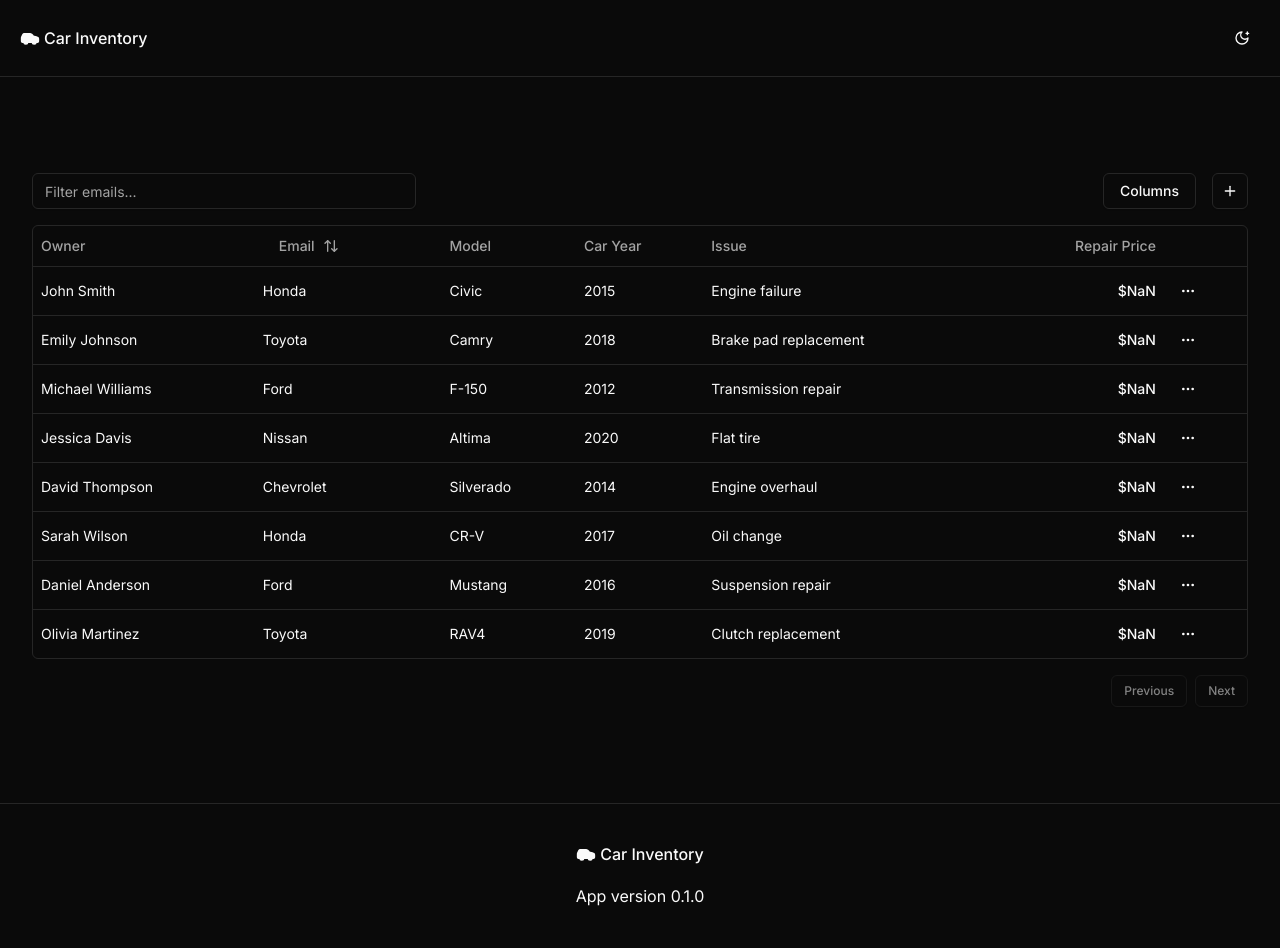
Repository: tushcmd/car-inventory
Page: / (app in frontend/)
An editor plug-in stored every save of this project. The page is shown before and after the next save, followed by the edit.
The browser window is 1280 px wide. The pictures show the whole page.
The project was rebuilt for these pictures with package versions that can differ from the ones it lists, and the page was loaded fresh each time. The framework's server and built-in components were replaced by stand-ins that run in the browser. Also part of the build but not shown: frontend/next.config.mjs.

Above is the page before, as saved 2024-05-12 08:38:26.

### frontend/app/layout.tsx
import type { Metadata } from "next";
import { Inter } from "next/font/google";
import "./globals.css";
import AppProviders from "@/components/providers/AppProviders";
import Navbar from '@/components/shared/Navbar';
import Footer from "@/components/shared/Footer";

const inter = Inter({ subsets: ["latin"] });

export const metadata: Metadata = {
  title: "Car Garage Inventory",
  description: "Nextjs Shadcnui Nodejs Express and MongoDB CRUD",
};

export default function RootLayout({
  children,
}: Readonly<{
  children: React.ReactNode;
}>) {
  return (
    <html lang="en" suppressHydrationWarning>
      <body className={inter.className}>
        <AppProviders>
          <Navbar />
          {children}
          <Footer />
        </AppProviders>
      </body>
    </html>
  );
}

### frontend/app/page.tsx
//import Main from "@/components/Main";
import { Car, columns } from "@/components/Home/columns"
import { CarTable } from "@/components/Home/car-table"

async function getData(): Promise<Car[]> {
  // Fetch data from your API here.
  return [
    {
      ownerName: 'John Smith',
      make: 'Honda',
      model: 'Civic',
      carYear: 2015,
      issue: 'Engine failure',
      repairPrice: 1200,
    },
    {
      ownerName: 'Emily Johnson',
      make: 'Toyota',
      model: 'Camry',
      carYear: 2018,
      issue: 'Brake pad replacement',
      repairPrice: 450
    },
    {
      ownerName: 'Michael Williams',
      make: 'Ford',
      model: 'F-150',
      carYear: 2012,
      issue: 'Transmission repair',
      repairPrice: 800
    },
    { ownerName: 'Jessica Davis', make: 'Nissan', model: 'Altima', carYear: 2020, issue: 'Flat tire', repairPrice: 300 },
    { ownerName: 'David Thompson', make: 'Chevrolet', model: 'Silverado', carYear: 2014, issue: 'Engine overhaul', repairPrice: 1500 },
    { ownerName: 'Sarah Wilson', make: 'Honda', model: 'CR-V', carYear: 2017, issue: 'Oil change', repairPrice: 200 },
    { ownerName: 'Daniel Anderson', make: 'Ford', model: 'Mustang', carYear: 2016, issue: 'Suspension repair', repairPrice: 950 },
    { ownerName: 'Olivia Martinez', make: 'Toyota', model: 'RAV4', carYear: 2019, issue: 'Clutch replacement', repairPrice: 650 },
    // ...
  ]
}

export default async function DemoPage() {
  const data = await getData()

  return (
    <div className="page-container min-h-screen">
      <CarTable columns={columns} data={data} />
    </div>
  )
}

### frontend/app/globals.css
@tailwind base;
@tailwind components;
@tailwind utilities;

@layer base {
  :root {
    --background: 0 0% 100%;
    --foreground: 0 0% 3.9%;

    --card: 0 0% 100%;
    --card-foreground: 0 0% 3.9%;

    --popover: 0 0% 100%;
    --popover-foreground: 0 0% 3.9%;

    --primary: 0 0% 9%;
    --primary-foreground: 0 0% 98%;

    --secondary: 0 0% 96.1%;
    --secondary-foreground: 0 0% 9%;

    --muted: 0 0% 96.1%;
    --muted-foreground: 0 0% 45.1%;

    --accent: 0 0% 96.1%;
    --accent-foreground: 0 0% 9%;

    --destructive: 0 84.2% 60.2%;
    --destructive-foreground: 0 0% 98%;

    --border: 0 0% 89.8%;
    --input: 0 0% 89.8%;
    --ring: 0 0% 3.9%;

    --radius: 0.5rem;
  }

  .dark {
    --background: 0 0% 3.9%;
    --foreground: 0 0% 98%;

    --card: 0 0% 3.9%;
    --card-foreground: 0 0% 98%;

    --popover: 0 0% 3.9%;
    --popover-foreground: 0 0% 98%;

    --primary: 0 0% 98%;
    --primary-foreground: 0 0% 9%;

    --secondary: 0 0% 14.9%;
    --secondary-foreground: 0 0% 98%;

    --muted: 0 0% 14.9%;
    --muted-foreground: 0 0% 63.9%;

    --accent: 0 0% 14.9%;
    --accent-foreground: 0 0% 98%;

    --destructive: 0 62.8% 30.6%;
    --destructive-foreground: 0 0% 98%;

    --border: 0 0% 14.9%;
    --input: 0 0% 14.9%;
    --ring: 0 0% 83.1%;
  }
}

@layer base {
  * {
    @apply border-border;
  }
  body {
    @apply bg-background text-foreground;
  }
}


@layer components {

  /* FONT SIZES */
  .h1 {
		@apply text-5xl lg:text-6xl font-bold;
	}
	.h2 {
		@apply sm:text-3xl text-4xl font-bold;
	}
	.h3 {
		@apply text-2xl font-medium;
	}
	.h4 {
		@apply text-xl sm:text-lg font-normal;
	}

  /* LAYOUTS  */
	.layout-container {
		@apply container mx-auto px-5;
	}

	.page-container {
		@apply container py-20 flex flex-col gap-16 max-w-7xl;
	}
}

### frontend/components/providers/AppProviders.tsx
'use client';

import { ThemeProvider } from 'next-themes';
import { FC, ReactNode } from 'react';

interface AppProvidersProps {
  children: ReactNode;
}


const AppProviders: FC<AppProvidersProps> = ({ children }) => {
  return (
    <>
      <ThemeProvider attribute="class" disableTransitionOnChange defaultTheme="dark" enableSystem>
        {children}

      </ThemeProvider>
    </>
  );
};

export default AppProviders;

### frontend/components/shared/Navbar.tsx
import React, { FC } from 'react';
import ThemeSwitcherButton from '../ui/ThemeSwitcher';
import Logo from './Logo';

const Navbar: FC = () => {
  return (
    <nav className="border-b py-5">
      <div className="layout-container flex justify-between items-center max-w-7xl">
        <Logo />
        <ThemeSwitcherButton />
      </div>
    </nav>
  );
};

export default Navbar;

### frontend/components/shared/Footer.tsx
import React, { FC } from 'react'
import Logo from './Logo'

const Footer: FC = () => {
  return (
    <footer className='border-t'>
        <div className='layout-container flex flex-col gap-5 items-center  justify-center py-10'>
            <Logo />
            <p>App version 0.1.0</p>
        </div>

    </footer>
  )
}

export default Footer

### frontend/components/Home/columns.tsx
"use client"

import { ColumnDef } from "@tanstack/react-table"

import { ArrowUpDown, MoreHorizontal } from "lucide-react"

import { Button } from "@/components/ui/button"
import {
  DropdownMenu,
  DropdownMenuContent,
  DropdownMenuItem,
  DropdownMenuLabel,
  DropdownMenuSeparator,
  DropdownMenuTrigger,
} from "@/components/ui/dropdown-menu"

// This type is used to define the shape of our data.
// You can use a Zod schema here if you want.

export type Car = {
  ownerName: string,
  make: string,
  model: string,
  carYear: number,
  issue: string,
  repairPrice: number
}

export const columns: ColumnDef<Car>[] = [
  {
    accessorKey: "ownerName",
    header: "Owner",
  },
  {
    accessorKey: "make",
    header: ({ column }) => {
      return (
        <Button
          variant="ghost"
          onClick={() => column.toggleSorting(column.getIsSorted() === "asc")}
        >
          Email
          <ArrowUpDown className="ml-2 h-4 w-4" />
        </Button>
      )
    },
  },
  {
    accessorKey: "model",
    header: "Model",
  },
  {
    accessorKey: "carYear",
    header: "Car Year",
  },
  {
    accessorKey: "issue",
    header: "Issue",
  },
  {
    accessorKey: "repairPrice",
    header: () => <div className="text-right">Repair Price</div>,
    cell: ({ row }) => {
      const amount = parseFloat(row.getValue("amount"))
      const formatted = new Intl.NumberFormat("en-US", {
        style: "currency",
        currency: "USD",
      }).format(amount)

      return <div className="text-right font-medium">{formatted}</div>
    },
  },
  {
    id: "actions",
    cell: ({ row }) => {
      const payment = row.original

      return (
        <DropdownMenu>
          <DropdownMenuTrigger asChild>
            <Button variant="ghost" className="h-8 w-8 p-0">
              <span className="sr-only">Open menu</span>
              <MoreHorizontal className="h-4 w-4" />
            </Button>
          </DropdownMenuTrigger>
          <DropdownMenuContent align="end">
            <DropdownMenuLabel>Actions</DropdownMenuLabel>
            <DropdownMenuItem
              //onClick={() => navigator.clipboard.writeText(payment.id)}
            >
              Copy payment ID
            </DropdownMenuItem>
            <DropdownMenuSeparator />
            <DropdownMenuItem>View customer</DropdownMenuItem>
            <DropdownMenuItem>View payment details</DropdownMenuItem>
          </DropdownMenuContent>
        </DropdownMenu>
      )
    },
  },
]

### frontend/components/Home/car-table.tsx
"use client"
import React from "react"

import { Button } from "@/components/ui/button"
import {
    DropdownMenu,
    DropdownMenuCheckboxItem,
    DropdownMenuContent,
    DropdownMenuTrigger,
} from "@/components/ui/dropdown-menu"

import {
    ColumnDef,
    ColumnFiltersState,
    flexRender,
    getFilteredRowModel,
    SortingState,
    VisibilityState,
    getCoreRowModel,
    getPaginationRowModel,
    getSortedRowModel,
    useReactTable,
} from "@tanstack/react-table"

import {
    Table,
    TableBody,
    TableCell,
    TableHead,
    TableHeader,
    TableRow,
} from "@/components/ui/table"

import { Input } from "@/components/ui/input"
import { Plus } from "lucide-react"


interface CarTableProps<TData, TValue> {
    columns: ColumnDef<TData, TValue>[]
    data: TData[]
}

export function CarTable<TData, TValue>({
    columns,
    data,
}: DataTableProps<TData, TValue>) {
    const [sorting, setSorting] = React.useState<SortingState>([])
    const [columnFilters, setColumnFilters] = React.useState<ColumnFiltersState>(
        []
    )
    const [columnVisibility, setColumnVisibility] =
        React.useState<VisibilityState>({})

    const table = useReactTable({
        data,
        columns,
        getCoreRowModel: getCoreRowModel(),
        getPaginationRowModel: getPaginationRowModel(),
        onSortingChange: setSorting,
        getSortedRowModel: getSortedRowModel(),
        onColumnFiltersChange: setColumnFilters,
        getFilteredRowModel: getFilteredRowModel(),
        onColumnVisibilityChange: setColumnVisibility,
        state: {
            sorting,
            columnFilters,
            columnVisibility,
        },
    })

    return (
        <div>
            <div className="flex items-center py-4 flex-row justify-between">
                <Input
                    placeholder="Filter emails..."
                    value={(table.getColumn("email")?.getFilterValue() as string) ?? ""}
                    onChange={(event) =>
                        table.getColumn("email")?.setFilterValue(event.target.value)
                    }
                    className="max-w-sm"
                />
                <div className="inline-flex gap-4">
                    <DropdownMenu>
                        <DropdownMenuTrigger asChild>
                            <Button variant="outline" className="ml-auto">
                                Columns
                            </Button>
                        </DropdownMenuTrigger>
                        <DropdownMenuContent align="end">
                            {table
                                .getAllColumns()
                                .filter(
                                    (column) => column.getCanHide()
                                )
                                .map((column) => {
                                    return (
                                        <DropdownMenuCheckboxItem
                                            key={column.id}
                                            className="capitalize"
                                            checked={column.getIsVisible()}
                                            onCheckedChange={(value) =>
                                                column.toggleVisibility(!!value)
                                            }
                                        >
                                            {column.id}
                                        </DropdownMenuCheckboxItem>
                                    )
                                })}
                        </DropdownMenuContent>
                    </DropdownMenu>
                    <Button variant="outline" size="icon">
                        <Plus className="h-4 w-4" />
                    </Button>
                </div>
            </div>
            <div className="rounded-md border">
                <Table>
                    <TableHeader>
                        {table.getHeaderGroups().map((headerGroup) => (
                            <TableRow key={headerGroup.id}>
                                {headerGroup.headers.map((header) => {
                                    return (
                                        <TableHead key={header.id}>
                                            {header.isPlaceholder
                                                ? null
                                                : flexRender(
                                                    header.column.columnDef.header,
                                                    header.getContext()
                                                )}
                                        </TableHead>
                                    )
                                })}
                            </TableRow>
                        ))}
                    </TableHeader>
                    <TableBody>
                        {table.getRowModel().rows?.length ? (
                            table.getRowModel().rows.map((row) => (
                                <TableRow
                                    key={row.id}
                                    data-state={row.getIsSelected() && "selected"}
                                >
                                    {row.getVisibleCells().map((cell) => (
                                        <TableCell key={cell.id}>
                                            {flexRender(cell.column.columnDef.cell, cell.getContext())}
                                        </TableCell>
                                    ))}
                                </TableRow>
                            ))
                        ) : (
                            <TableRow>
                                <TableCell colSpan={columns.length} className="h-24 text-center">
                                    No results.
                                </TableCell>
                            </TableRow>
                        )}
                    </TableBody>
                </Table>
            </div>

            <div className="flex items-center justify-end space-x-2 py-4">
                <Button
                    variant="outline"
                    size="sm"
                    onClick={() => table.previousPage()}
                    disabled={!table.getCanPreviousPage()}
                >
                    Previous
                </Button>
                <Button
                    variant="outline"
                    size="sm"
                    onClick={() => table.nextPage()}
                    disabled={!table.getCanNextPage()}
                >
                    Next
                </Button>
            </div>
        </div>
    )
}

### frontend/components/ui/ThemeSwitcher.tsx
"use client";

import { useTheme } from "next-themes";
import React, { FC, useEffect, useState } from "react";
import { SunIcon,  Laptop, MoonStarIcon } from "lucide-react";
import {
	DropdownMenu,
	DropdownMenuContent,
	DropdownMenuItem,
	DropdownMenuTrigger,
} from "./dropdown-menu";
import { Button } from "./button";

const themes = [
	{
		value: "light",
		label: "Light",
		icon: SunIcon,
	},
	{
		value: "dark",
		label: "Dark",
		icon: MoonStarIcon,
	},
	{
		value: "system",
		label: "System",
		icon: Laptop,
	},
];

const ThemeSwitcher: FC = () => {
  const [mounted, setMounted] = useState(false)
	const { theme, setTheme } = useTheme();
	const currentTheme = themes.find((t) => t.value === theme);
	const ThemeIcon = currentTheme?.icon

  useEffect(() => {
    setMounted(true)
  }, [])

	return mounted && (
		<div className="flex">
			<DropdownMenu  >
				<DropdownMenuTrigger asChild>
					<Button variant="ghost" size={"icon"}>{!!ThemeIcon && <ThemeIcon className="w-4 h-4"/>}</Button>
				</DropdownMenuTrigger>
				<DropdownMenuContent>
					{themes.map(({value, label}) => <DropdownMenuItem role="button" onClick={() => setTheme(value)} key={value}>{label}</DropdownMenuItem>)}
				</DropdownMenuContent>
			</DropdownMenu>
		</div>
	);
};

export default ThemeSwitcher;

### frontend/components/shared/Logo.tsx

import { Car } from "lucide-react";
import Link from "next/link";
import React, { FC } from "react";

const Logo: FC = () => {
	return (
		<Link href='/' className="flex items-center gap-1 component-focus rounded-md">
			<Car   className="w-5 h-5 fill-current" />
			<h1 className="inline-flex flex-col gap-0 leading-none font-medium">
				<p>Car Inventory</p>
			</h1>
		</Link>
	);
};

export default Logo;

### frontend/components/ui/button.tsx
import * as React from "react"
import { Slot } from "@radix-ui/react-slot"
import { cva, type VariantProps } from "class-variance-authority"

import { cn } from "@/lib/utils"

const buttonVariants = cva(
  "inline-flex items-center justify-center whitespace-nowrap rounded-md text-sm font-medium transition-colors focus-visible:outline-none focus-visible:ring-1 focus-visible:ring-ring disabled:pointer-events-none disabled:opacity-50",
  {
    variants: {
      variant: {
        default:
          "bg-primary text-primary-foreground shadow hover:bg-primary/90",
        destructive:
          "bg-destructive text-destructive-foreground shadow-sm hover:bg-destructive/90",
        outline:
          "border border-input bg-background shadow-sm hover:bg-accent hover:text-accent-foreground",
        secondary:
          "bg-secondary text-secondary-foreground shadow-sm hover:bg-secondary/80",
        ghost: "hover:bg-accent hover:text-accent-foreground",
        link: "text-primary underline-offset-4 hover:underline",
      },
      size: {
        default: "h-9 px-4 py-2",
        sm: "h-8 rounded-md px-3 text-xs",
        lg: "h-10 rounded-md px-8",
        icon: "h-9 w-9",
      },
    },
    defaultVariants: {
      variant: "default",
      size: "default",
    },
  }
)

export interface ButtonProps
  extends React.ButtonHTMLAttributes<HTMLButtonElement>,
    VariantProps<typeof buttonVariants> {
  asChild?: boolean
}

const Button = React.forwardRef<HTMLButtonElement, ButtonProps>(
  ({ className, variant, size, asChild = false, ...props }, ref) => {
    const Comp = asChild ? Slot : "button"
    return (
      <Comp
        className={cn(buttonVariants({ variant, size, className }))}
        ref={ref}
        {...props}
      />
    )
  }
)
Button.displayName = "Button"

export { Button, buttonVariants }

### frontend/components/ui/table.tsx
import * as React from "react"

import { cn } from "@/lib/utils"

const Table = React.forwardRef<
  HTMLTableElement,
  React.HTMLAttributes<HTMLTableElement>
>(({ className, ...props }, ref) => (
  <div className="relative w-full overflow-auto">
    <table
      ref={ref}
      className={cn("w-full caption-bottom text-sm", className)}
      {...props}
    />
  </div>
))
Table.displayName = "Table"

const TableHeader = React.forwardRef<
  HTMLTableSectionElement,
  React.HTMLAttributes<HTMLTableSectionElement>
>(({ className, ...props }, ref) => (
  <thead ref={ref} className={cn("[&_tr]:border-b", className)} {...props} />
))
TableHeader.displayName = "TableHeader"

const TableBody = React.forwardRef<
  HTMLTableSectionElement,
  React.HTMLAttributes<HTMLTableSectionElement>
>(({ className, ...props }, ref) => (
  <tbody
    ref={ref}
    className={cn("[&_tr:last-child]:border-0", className)}
    {...props}
  />
))
TableBody.displayName = "TableBody"

const TableFooter = React.forwardRef<
  HTMLTableSectionElement,
  React.HTMLAttributes<HTMLTableSectionElement>
>(({ className, ...props }, ref) => (
  <tfoot
    ref={ref}
    className={cn(
      "border-t bg-muted/50 font-medium [&>tr]:last:border-b-0",
      className
    )}
    {...props}
  />
))
TableFooter.displayName = "TableFooter"

const TableRow = React.forwardRef<
  HTMLTableRowElement,
  React.HTMLAttributes<HTMLTableRowElement>
>(({ className, ...props }, ref) => (
  <tr
    ref={ref}
    className={cn(
      "border-b transition-colors hover:bg-muted/50 data-[state=selected]:bg-muted",
      className
    )}
    {...props}
  />
))
TableRow.displayName = "TableRow"

const TableHead = React.forwardRef<
  HTMLTableCellElement,
  React.ThHTMLAttributes<HTMLTableCellElement>
>(({ className, ...props }, ref) => (
  <th
    ref={ref}
    className={cn(
      "h-10 px-2 text-left align-middle font-medium text-muted-foreground [&:has([role=checkbox])]:pr-0 [&>[role=checkbox]]:translate-y-[2px]",
      className
    )}
    {...props}
  />
))
TableHead.displayName = "TableHead"

const TableCell = React.forwardRef<
  HTMLTableCellElement,
  React.TdHTMLAttributes<HTMLTableCellElement>
>(({ className, ...props }, ref) => (
  <td
    ref={ref}
    className={cn(
      "p-2 align-middle [&:has([role=checkbox])]:pr-0 [&>[role=checkbox]]:translate-y-[2px]",
      className
    )}
    {...props}
  />
))
TableCell.displayName = "TableCell"

const TableCaption = React.forwardRef<
  HTMLTableCaptionElement,
  React.HTMLAttributes<HTMLTableCaptionElement>
>(({ className, ...props }, ref) => (
  <caption
    ref={ref}
    className={cn("mt-4 text-sm text-muted-foreground", className)}
    {...props}
  />
))
TableCaption.displayName = "TableCaption"

export {
  Table,
  TableHeader,
  TableBody,
  TableFooter,
  TableHead,
  TableRow,
  TableCell,
  TableCaption,
}

### frontend/components/ui/input.tsx
import * as React from "react"

import { cn } from "@/lib/utils"

export interface InputProps
  extends React.InputHTMLAttributes<HTMLInputElement> {}

const Input = React.forwardRef<HTMLInputElement, InputProps>(
  ({ className, type, ...props }, ref) => {
    return (
      <input
        type={type}
        className={cn(
          "flex h-9 w-full rounded-md border border-input bg-transparent px-3 py-1 text-sm shadow-sm transition-colors file:border-0 file:bg-transparent file:text-sm file:font-medium placeholder:text-muted-foreground focus-visible:outline-none focus-visible:ring-1 focus-visible:ring-ring disabled:cursor-not-allowed disabled:opacity-50",
          className
        )}
        ref={ref}
        {...props}
      />
    )
  }
)
Input.displayName = "Input"

export { Input }

Loaded but not shown: frontend/lib/utils.ts (common file); frontend/tailwind.config.ts (common file); frontend/components/ui/dropdown-menu.tsx (205 lines, source omitted)

After the next save:
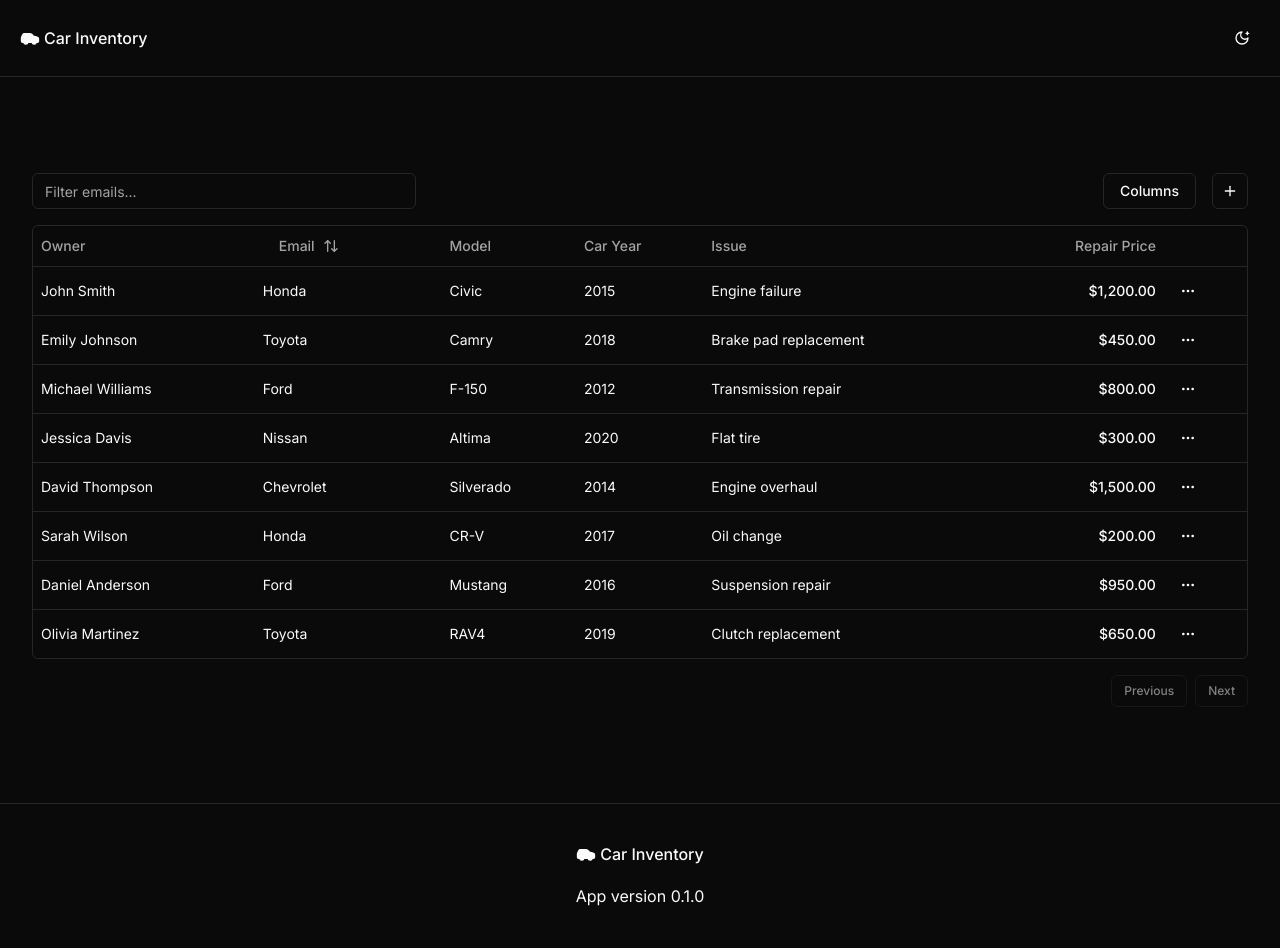
Saved 2 min 56 s later.
--- a/frontend/components/Home/columns.tsx
+++ b/frontend/components/Home/columns.tsx
@@ -61,11 +61,11 @@ export const columns: ColumnDef<Car>[] = [
     accessorKey: "repairPrice",
     header: () => <div className="text-right">Repair Price</div>,
     cell: ({ row }) => {
-      const amount = parseFloat(row.getValue("amount"))
+      const repairPrice = parseFloat(row.getValue("repairPrice"))
       const formatted = new Intl.NumberFormat("en-US", {
         style: "currency",
         currency: "USD",
-      }).format(amount)
+      }).format(repairPrice)
 
       return <div className="text-right font-medium">{formatted}</div>
     },
